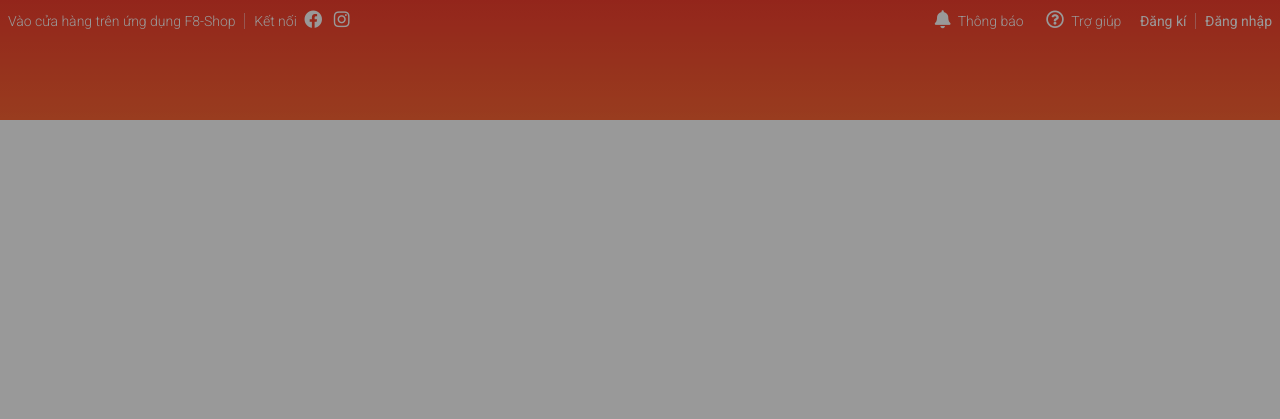
Repository: phunobi1807/shopee
Page: index.html
These files come from the project's save history. The page is drawn as it stood at one moment and after the next save; the edit follows.
The browser window is 1280 px wide. The pictures show the whole page.

Above is the page before, as saved 2021-06-13 13:48:06.

### index.html
<!DOCTYPE html>
<html lang="en">

<head>
    <meta charset="UTF-8">
    <meta http-equiv="X-UA-Compatible" content="IE=edge">
    <meta name="viewport" content="width=device-width, initial-scale=1.0">
    <title>Document</title>
    <link rel="stylesheet" href="https://cdnjs.cloudflare.com/ajax/libs/normalize/8.0.1/normalize.min.css">
    <link rel="stylesheet" href="./assets/css/base.css">
    <link rel="stylesheet" href="./assets/css/main.css">
    <link rel="stylesheet"
        href="./assets/fonts/fontawesome-free-5.15.3-web/fontawesome-free-5.15.3-web/css/all.min.css">
    <link rel="preconnect" href="https://fonts.gstatic.com">
    <link href="https://fonts.googleapis.com/css2?family=Roboto:wght@300;400;500&display=swap" rel="stylesheet">
</head>

<body>
    <div class="app">
        <header class="header">
            <div class="grid">
                <nav class="header__navbar">
                    <ul class="header__navbar-list">
                        <li class="header__navbar-item header__navbar-item--has-qr header__navbar-item--separate">
                            Vào cửa hàng trên ứng dụng F8-Shop
                            <div class="header__qr">
                                <img src="./assets/img/QR_code.png" alt="QR code" class="header__qr-img">
                                <div class="header__qr-apps">
                                    <a href="" class="header__qr-link">
                                        <img src="./assets/img/app_store.png" alt="Google Play"
                                            class="header__qr-download-img">
                                    </a>
                                    <a href="" class="header__qr-link">
                                        <img src="./assets/img/gg_play.png" alt="App Store"
                                            class="header__qr-download-img">
                                    </a>
                                </div>
                            </div>
                        </li>
                        <li class="header__navbar-item">
                            <span class="header__navbar-title--no-pointer">Kết nối</span>
                            <a href="" class="header__navbar-icon-link">
                                <i class="header__navbar-icon fab fa-facebook"></i>
                            </a>
                            <a href="" class="header__navbar-icon-link">
                                <i class="header__navbar-icon fab fa-instagram"></i>
                            </a>
                        </li>
                    </ul>
                    <ul class="header__navbar-list">
                        <li class="header__navbar-item header__navbar-item--has-notify">
                            <a href="" class="header__navbar-item-link">
                                <i class="header__navbar-icon fas fa-bell"></i>
                                Thông báo
                            </a>
                            <div class="header__notify">
                                <header class="header__notify-header">
                                    <h3>Thông báo mới nhận</h3>
                                </header>
                                <ul class="header__notify-list">
                                    <li class="header__notify-item header__notify-item-viewed">
                                        <a href="" class="header__notify-link">
                                            <img src="https://cf.shopee.vn/file/5fbf9049e4439e01d27d8f14388c46f8_tn" alt="" class="header__notify-img">
                                            <div class="header__notify-info">
                                                <span class="header__notify-name">Mỹ phẩm Ohui chính hãng</span>
                                                <span class="header__notify-description">Mô tả mỹ phẩm Ohui chính
                                                    hãng</span>
                                            </div>
                                        </a>
                                    </li>
                                    <li class="header__notify-item">
                                        <a href="" class="header__notify-link">
                                            <img src="https://cf.shopee.vn/file/5fbf9049e4439e01d27d8f14388c46f8_tn" alt="" class="header__notify-img">
                                            <div class="header__notify-info">
                                                <span class="header__notify-name">Mỹ phẩm Ohui chính hãng</span>
                                                <span class="header__notify-description">Mô tả mỹ phẩm Ohui chính
                                                    hãng</span>
                                            </div>
                                        </a>
                                    </li>
                                    <li class="header__notify-item ">
                                        <a href="" class="header__notify-link">
                                            <img src="https://cf.shopee.vn/file/5fbf9049e4439e01d27d8f14388c46f8_tn" alt="" class="header__notify-img">
                                            <div class="header__notify-info">
                                                <span class="header__notify-name">Mỹ phẩm Ohui chính hãng</span>
                                                <span class="header__notify-description">Mô tả mỹ phẩm Ohui chính
                                                    hãng</span>
                                            </div>
                                        </a>
                                    </li>
                                </ul>
                                <footer class="header__notify-footer">
                                    <a href="" class="header__notify-footer-btn">Xem tất cả</a>
                                </footer>
                            </div>
                        </li>
                        <li class="header__navbar-item">
                            <a href="" class="header__navbar-item-link">
                                <i class="header__navbar-icon far fa-question-circle"></i>
                                Trợ giúp
                            </a>
                        </li>
                        <li class="header__navbar-item header__navbar-item--strong header__navbar-item--separate">Đăng
                            kí</li>
                        <li class="header__navbar-item header__navbar-item--strong">Đăng nhập</li>
                    </ul>
                </nav>
            </div>
        </header>
        <div class="container">

        </div>
        <footer class="footer">

        </footer>
    </div>
<!-- Modal layout  -->
    <div class="modal">
        <div class="modal__overlay"></div>
        <div class="modal__body">
            <div class="modal__inner">
                <!-- Authen Form  -->
            </div>
        </div>
    </div>
</body>

</html>

### assets/css/base.css
:root
{
    --primary-color:#ee4d2d;
    --white-color: #fff;
    --black-color: #000;
    --text-color: #333;
}

*
{
    box-sizing: inherit;
}

html
{
    /* 10px */
    font-size: 62.5%;
    line-height: 1.6rem;
    font-family: 'Roboto', sans-serif;
    box-sizing: border-box;
}

.grid
{
    width: 1850px;
    max-width: 100%;
    margin: 0 auto;
}

.grid__full-width
{
    width: 100%;
}

.grid__row
{
    display: flex;
    flex-wrap: wrap;
}
/* Animation */
@keyframes fadeIn
{
    from
    {
        opacity: 0;
    }
    to
    {
        opacity: 1;
    }
}

/* Modal  */
.modal
{
    position: fixed;
    top: 0;
    right: 0;
    bottom: 0;
    left: 0;
    display: flex;
}
.modal__overlay
{
    position: absolute;
    width: 100%;
    height: 100%;
    background-color: rgba(0, 0, 0, 0.4);
}
.modal__body
{
    background-color: var(--white-color);
    margin: auto;
    position: relative;
    z-index: 1;
    border-radius: 5px;
}

### assets/css/main.css
.header
{
    height: 120px;
    background-image: linear-gradient(0, #fe6433, #f53e2d);
}
.header__navbar
{
    display: flex;
    justify-content: space-between;
}
.header__navbar-list
{
    list-style: none;
    padding-left: 0;
}
.header__navbar-item
{
    position: relative;
    margin: 0px 8px;
    min-height: 26px;
}
.header__navbar-item--has-qr:hover .header__qr
{
    display: block;
}
.header__navbar-item--has-notify:hover .header__notify
{
    display: block;
}
.header__navbar-item,
.header__navbar-item-link
{
    display: inline-block;
    font-size: 1.4rem;
    color: var(--white-color);
    text-decoration: none;
    font-weight: 300;
}
.header__navbar-item:hover,
.header__navbar-icon-link:hover,
.header__navbar-item-link:hover
{
    color: rgba(255, 255, 255, 0.7);
    cursor: pointer;
}
.header__navbar-item--strong
{
    font-weight: 400;
}
.header__navbar-item--separate::after
{
    content: "";
    display: block;
    position: absolute;
    border-left: 1px solid #FB9086;
    height: 16px;
    right: -9px;
    top: 0;

}

.header__navbar-icon-link
{
    color: var(--white-color);
    text-decoration: none;
}
.header__navbar-icon
{
    font-size: 1.8rem;
    margin: 0px 4px;

}
.header__navbar-title--no-pointer
{
    cursor: text;
    color: var(--white-color);
}
/* Header QR code  */
.header__qr
{
    background-color: var(--white-color);
    width: 186px;
    position: absolute;
    left: 0;
    top: 118%;
    padding: 8px;
    border-radius: 2px;
    display: none;
    animation:  fadeIn ease-in 0.3s;

}
.header__qr::before
{
    position: absolute;
    left: 0;
    top: -16px;
    width: 100%;
    height: 20px;
    content: "";
    display: block;

}
.header__qr-img
{
width: 100%;
}
.header__qr-apps
{
    display: flex;
    justify-content: space-between;
}
.header__qr-link:nth-child(1)
{
    margin-left: 11px;
}
.header__qr-link:nth-child(2)
{
    margin-right: 11px;
}
.header__qr-download-img
{
    height: 15px;
}

/* Header notification  */
.header__notify
{
    position: absolute;
    top: 118%;
    right: 0;
    width: 404px;
    border: 1px solid #D3D3D3;
    background-color: var(--white-color);
    cursor: default;
    transform-origin: calc(100% - 20px) top;
    animation: headerNotifyGrowth ease-in 0.25s;
    will-change: opacity, transform;
    display: none;
}
.header__notify::before
{
    content: "";
    border-width: 20px 27px;
    border-style:  solid;
    border-color: transparent transparent var(--white-color) transparent;
    position: absolute;
    right: 4px;
    top: -29px;
}
.header__notify::after
{
    content: "";
    display: block;
    position: absolute;
    top: -16px;
    right: 0;
    width: 90px;
    height: 20px;
}
@keyframes headerNotifyGrowth
{
    from
    {
        opacity: 0;
        transform: scale(0);
    }
    to
    {
        opacity: 1;
        transform: scale(1);
    }
}
.header__notify-header
{
    height: 40px;
    background-color: var(--white-color);
}
.header__notify-header h3
{
    color: #999;
    margin: 0 0 0 12px;
    font-weight: 400;
    font-size: 1.4rem;
    line-height: 40px;
    cursor: text;
}
.header__notify-list
{
    padding-left: 0;
}
.header__notify-item
{
   display: flex;
}
.header__notify-item:hover
{
    background-color: #f7f7f7;
}
.header__notify-item-viewed
{
    background-color: rgba(238, 77, 45, 0.08);
}
.header__notify-link
{
    display: flex;
    width: 100%;
    padding: 12px;
    text-decoration: none;

}
.header__notify-img
{
    width: 48px;
    object-fit: contain;
}
.header__notify-info
{
    margin-left: 12px;
}

.header__notify-name
{
    display: block;
    font-size: 1.4rem;
    color: var(--text-color);
    font-weight: 400;
    line-height: 1.8rem;
}
.header__notify-description
{
display: block;
font-size: 1.2rem;
line-height: 2rem;
color: #756F6E;
margin-top: 4px;
}
.header__notify-footer
{
    display: flex;
}
.header__notify-footer-btn
{
    text-decoration: none;
    color: var(--text-color);
    width: 100%;
    padding: 8px 0px;
    font-size: 1.4rem;
    font-weight: 400;
    text-align: center;
}

Loaded but not shown: assets/fonts/fontawesome-free-5.15.3-web/fontawesome-free-5.15.3-web/css/all.min.css (library)

After the next save:
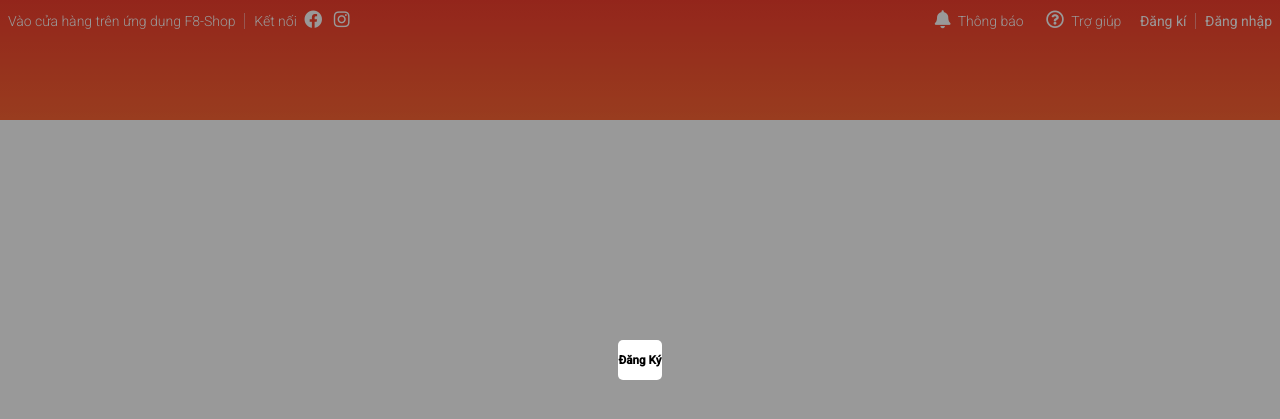
Saved 68 s later.
--- a/index.html
+++ b/index.html
@@ -120,6 +120,13 @@
         <div class="modal__body">
             <div class="modal__inner">
                 <!-- Authen Form  -->
+                <div class="auth-form">
+                    <div class="auth-form__header">
+                        <h3 class="auth-form__heading">
+                            Đăng Ký
+                        </h3>
+                    </div>
+                </div>
             </div>
         </div>
     </div>
